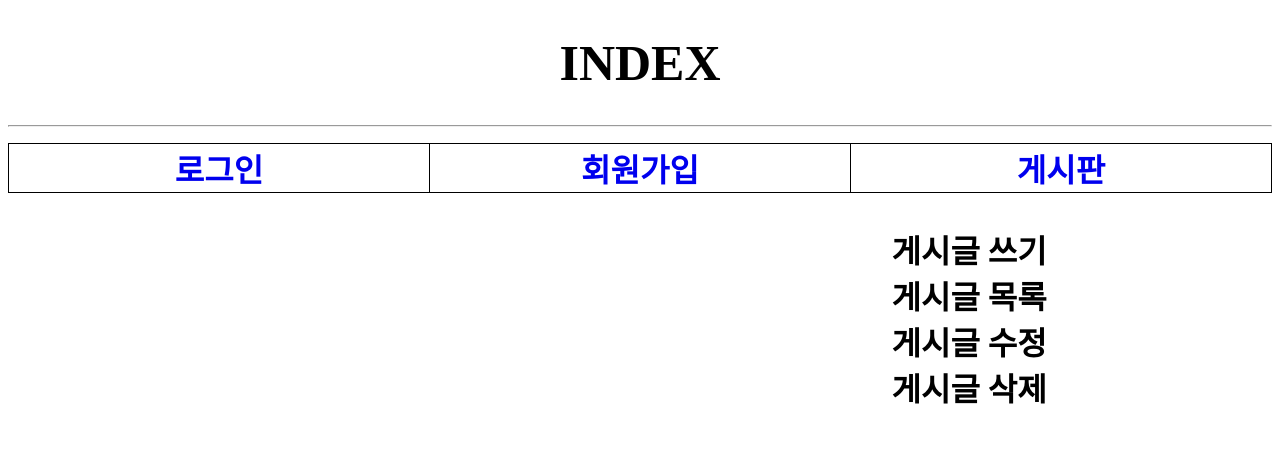
Repository: jeonghyunseok/GMSUI
Page: GMSUI/WebContent/index.html
An editor plug-in stored every save of this project. The page is shown before and after the next save, followed by the edit.
The browser window is 1280 px wide. The pictures show the whole page.

Above is the page before, as saved 2017-07-19 07:16:13.

### GMSUI/WebContent/index.html
<!DOCTYPE html>
<html>
<head>
<meta charset="UTF-8">
<title>Hello HTML</title>
</head>
<body>
<h1 style="font-size:50px; text-align:center;">INDEX<h1>
	<hr />
	<table style="width: 100%; border-collapse: collapse;">
		<tr>
			<td style="border: 1px solid black;width:30%; text-align:center;">
			<a href="member/login.html" style="text-decoration: none">로그인</a></td>
			<td style="border: 1px solid black;width:30%; text-align:center;">
			<a href="member/join.html" style="text-decoration: none">회원가입</a></td>
			<td style="border: 1px solid black;width:30%; text-align:center;">
			<a href="board/board_list.html" style="text-decoration: none">게시판</a></td>
		</tr>
		<tr>
			<td></td>
			<td></td>
			<td>
				 <ul style="list-style-type:none">
				 	<li>게시글 쓰기</li>
				 	<li>게시글 목록</li>
				 	<li>게시글 수정</li>
				 	<li>게시글 삭제</li>
				 </ul>
			</td>
		</tr>
	</table>
</body>
</html>

After the next save:
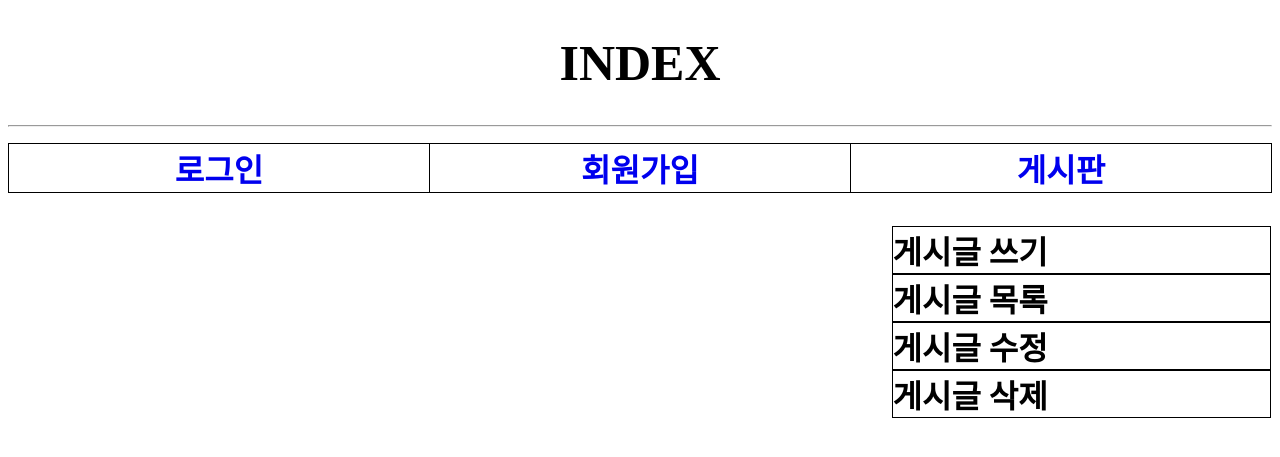
Saved 68 s later.
--- a/GMSUI/WebContent/index.html
+++ b/GMSUI/WebContent/index.html
@@ -20,11 +20,11 @@
 			<td></td>
 			<td></td>
 			<td>
-				 <ul style="list-style-type:none">
-				 	<li>게시글 쓰기</li>
-				 	<li>게시글 목록</li>
-				 	<li>게시글 수정</li>
-				 	<li>게시글 삭제</li>
+				 <ul style="list-style-type:none;style="border: 1px solid black;">
+				 	<li style="border: 1px solid black;">게시글 쓰기</li>
+				 	<li style="border: 1px solid black;">게시글 목록</li>
+				 	<li style="border: 1px solid black;">게시글 수정</li>
+				 	<li style="border: 1px solid black;">게시글 삭제</li>
 				 </ul>
 			</td>
 		</tr>
